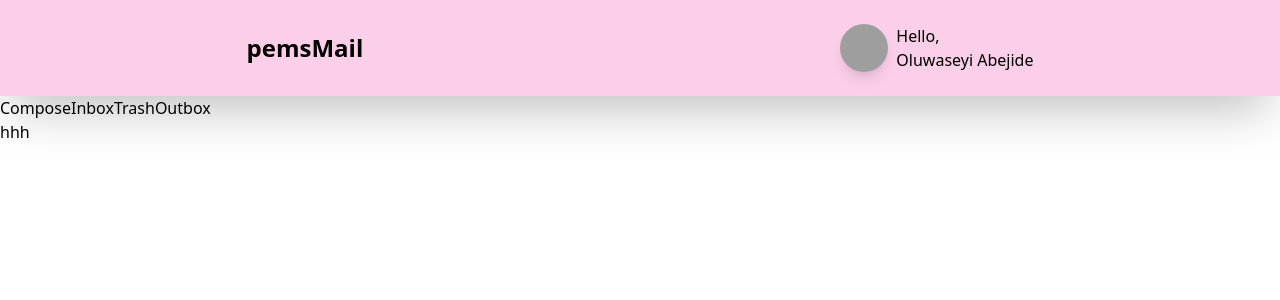
Repository: Semanmernstack/mailclone
Page: /
These files come from the project's save history. The page is drawn as it stood at one moment and after the next save; the edit follows.
The browser window is 1280 px wide. The pictures show the whole page.
Pictures or frames that could not be fetched are drawn as grey boxes. The project was rebuilt for these pictures with package versions that can differ from the ones it lists, and the page was loaded fresh each time. Also part of the build but not shown: src/features/counter/Counter.module.css, src/features/counter/Counter.js.

Above is the page before, as saved 2023-01-16 02:22:22.

After the next save:
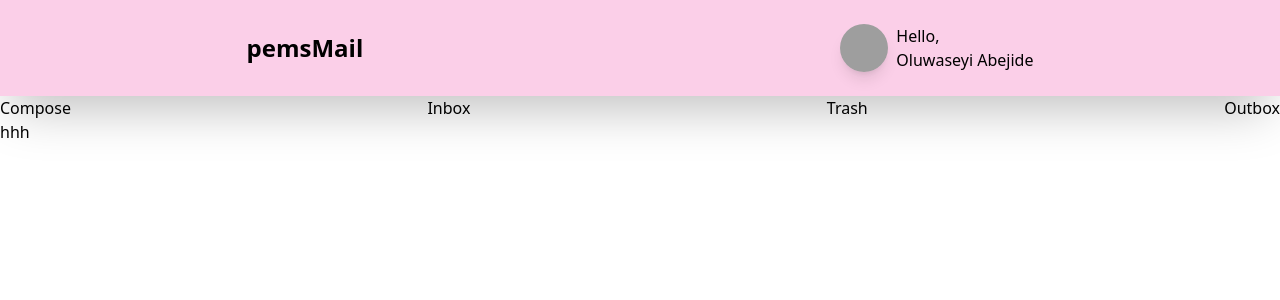
Saved 26 s later.
--- a/src/Topbar.js
+++ b/src/Topbar.js
@@ -2,7 +2,7 @@ import React from 'react'
 
 function Topbar() {
   return (
-    <div className="flex ">
+    <div className="flex items-center justify-between">
         <div>
             <p>Compose</p>
         </div>
